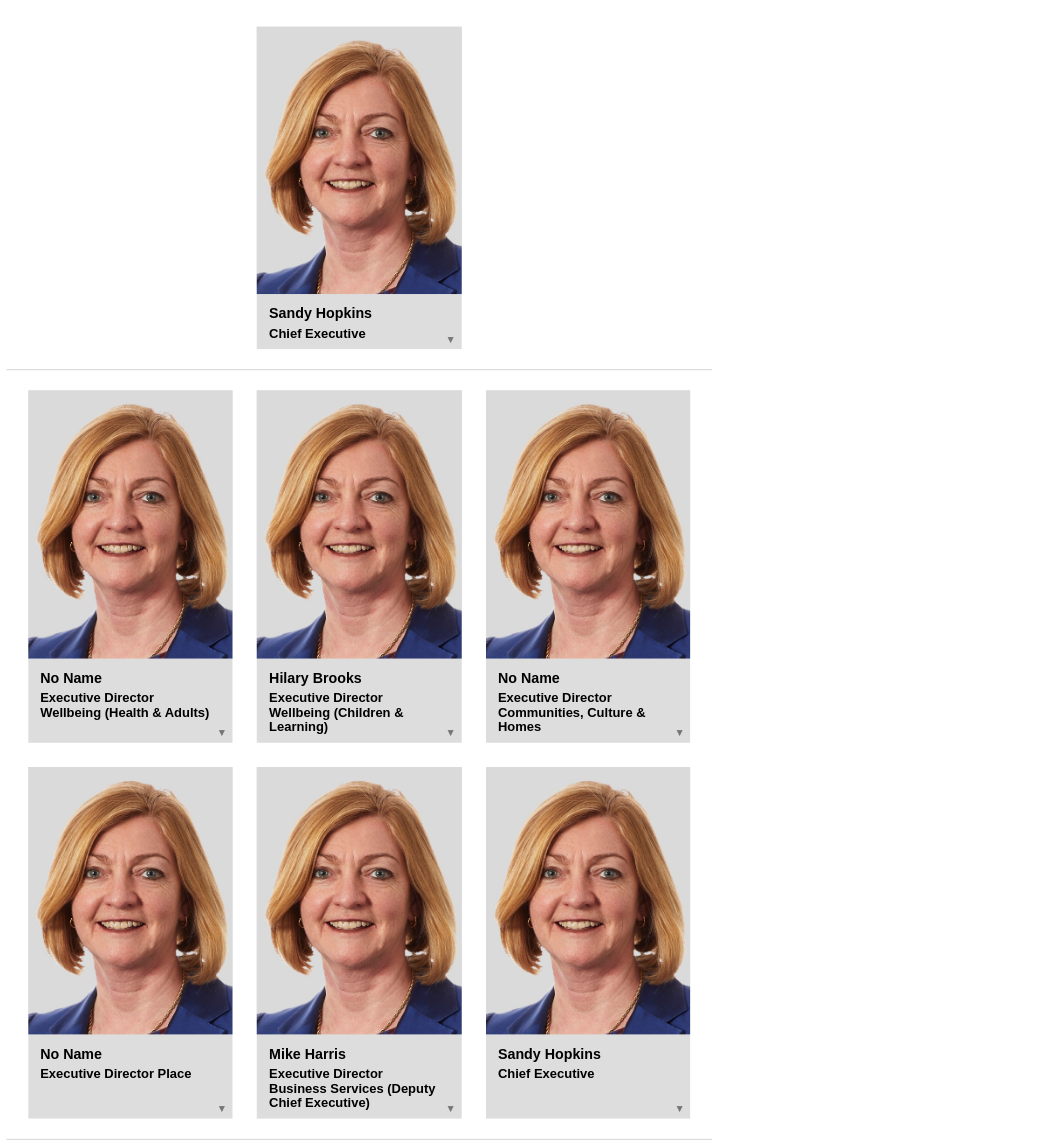
Repository: DigitalExperienceTeam/management
Page: index.html
The author's editor kept a record of every edit. The page is drawn from the files as they stood at one moment, then again after the next edit.
The browser window is 1280 px wide. The pictures show the whole page, at 81% of full size.

Above is the page before.

After the next edit:
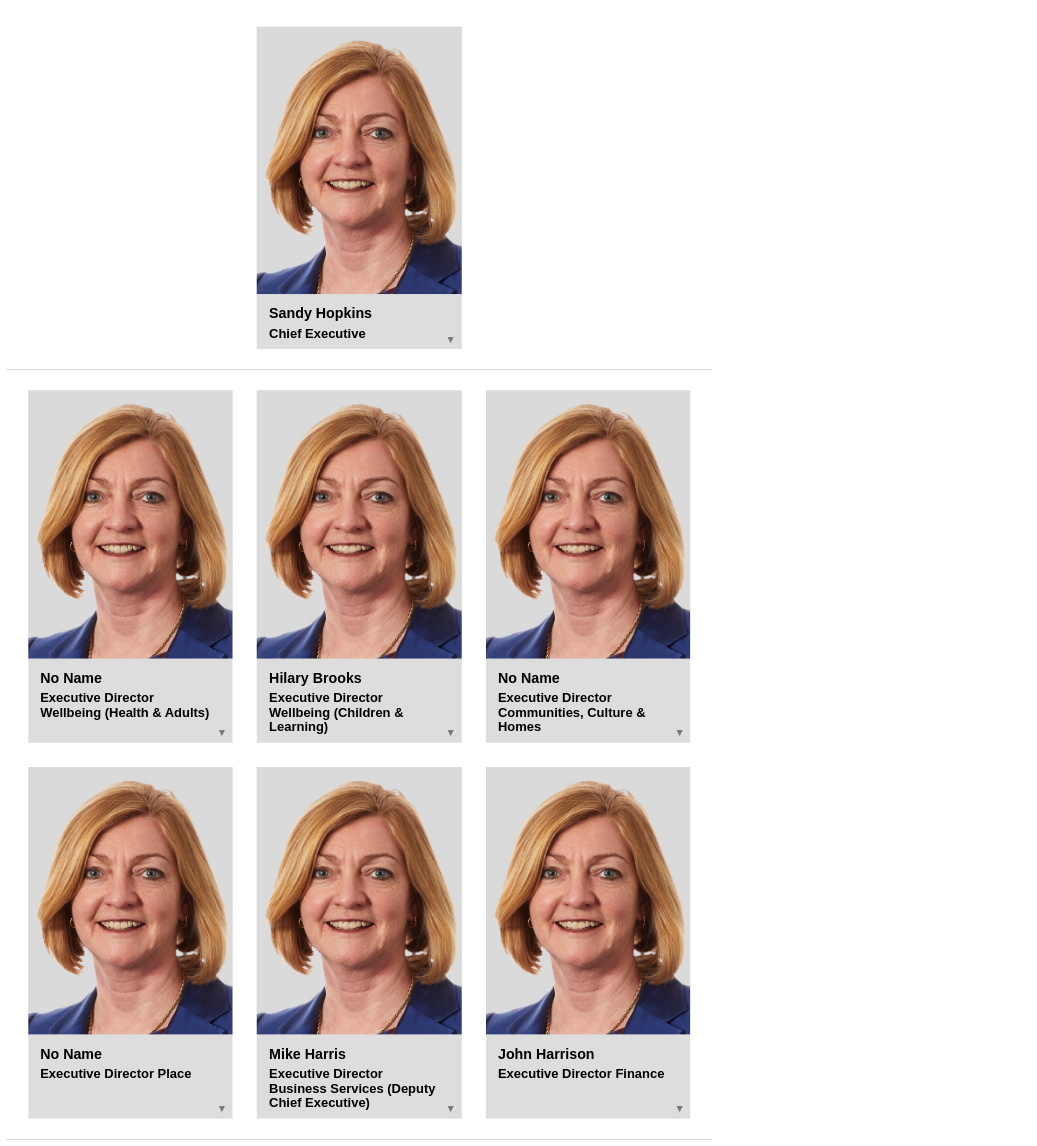
The edit:
--- a/index.html
+++ b/index.html
@@ -99,8 +99,8 @@
            <div class="profile lighter">
               <img class="profile-pic" src="sandy.jpg">
             <div class="details">
-                <p class="name">Sandy Hopkins</p>
-                <p class="title">Chief Executive<span class="more">&#9660;</span></p>
+                <p class="name">John Harrison</p>
+                <p class="title">Executive Director Finance<span class="more">&#9660;</span></p>
             </div>
             <div class="bio">
                 <p>Lorem ipsum dolor sit amet, consectetur adipiscing elit. Nunc quis feugiat magna, non vehicula purus. Sed quis enim et dolor tempor aliquet. Proin a tincidunt ligula, nec rhoncus risus. Aliquam ut magna ac nisl dapibus lobortis ut molestie eros. Maecenas ornare quam vel accumsan congue. Curabitur mattis, odio non rhoncus tempor, diam elit convallis lacus, quis feugiat est lectus sit amet mi. Donec at ex in turpis luctus blandit sit amet eu eros. Nullam a libero turpis. Nullam mattis id est ut suscipit. Donec hendrerit turpis sed ligula hendrerit commodo.</p>
